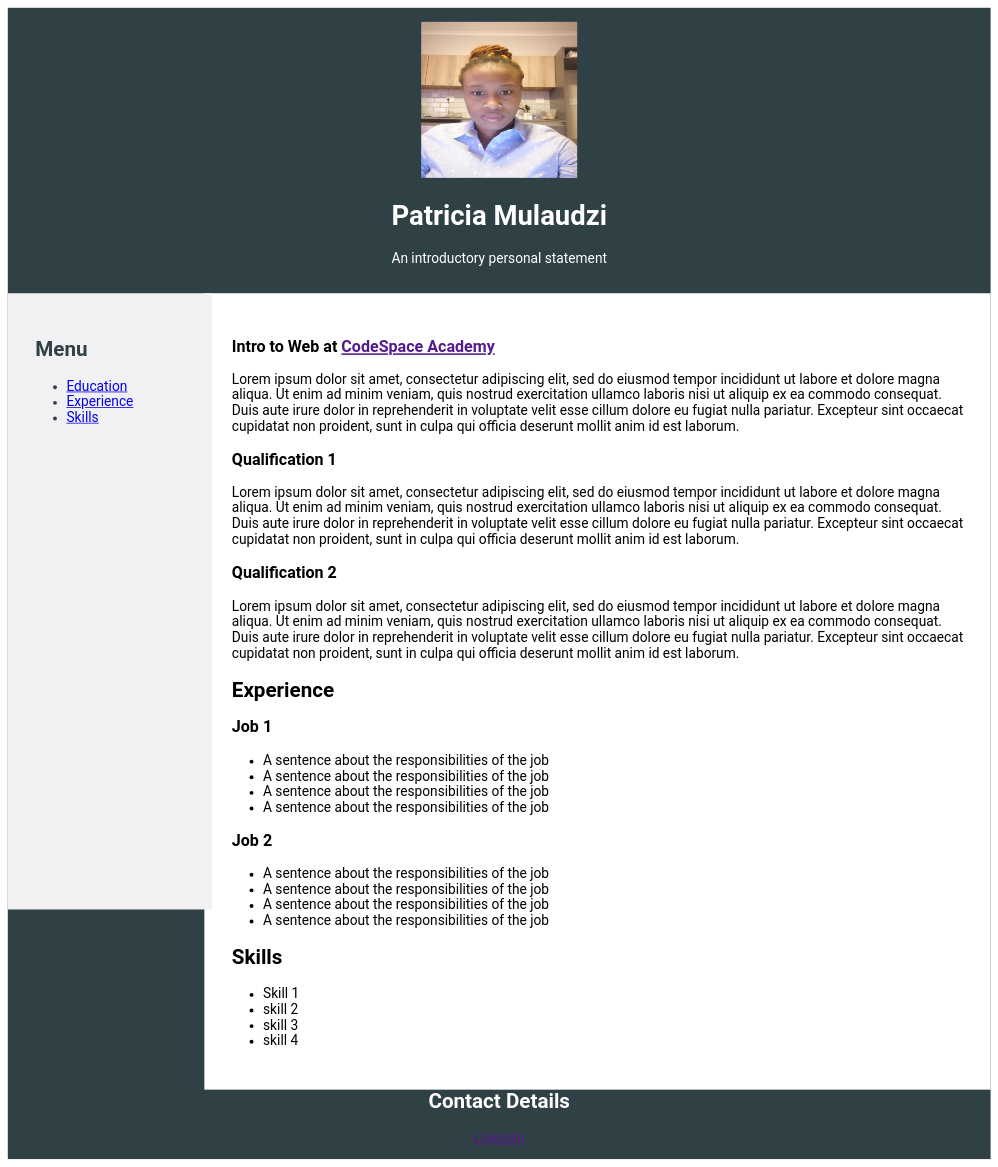
Repository: Patricious/Digital-Resume-01
Page: index.html
An editor plug-in stored every save of this project. The page is shown before and after the next save, followed by the edit.
The browser window is 1280 px wide. The pictures show the whole page, at 78% of full size.

Above is the page before, as saved 2021-08-23 10:47:08.

After the next save:
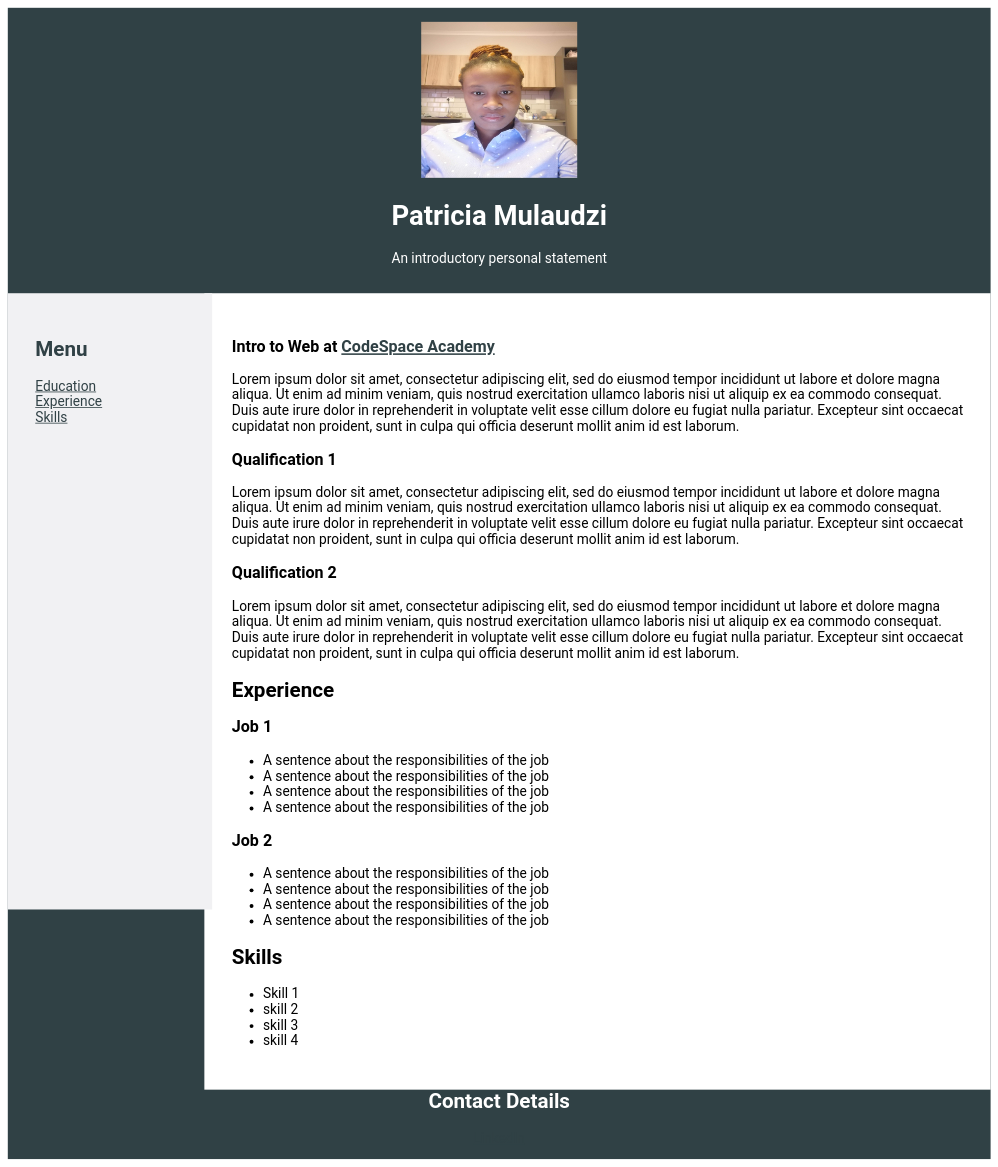
Saved 24 s later.
--- a/css/stylesheet.css
+++ b/css/stylesheet.css
@@ -23,6 +23,16 @@ aside {
     flex: 0 0 auto;
 }
 
+.nav {
+    list-style-type: none;
+    margin: 0;
+    padding: 0;
+}
+
+a {
+    color: #304145;
+}
+
 section {
     float: right;
     margin-left: 20%;
